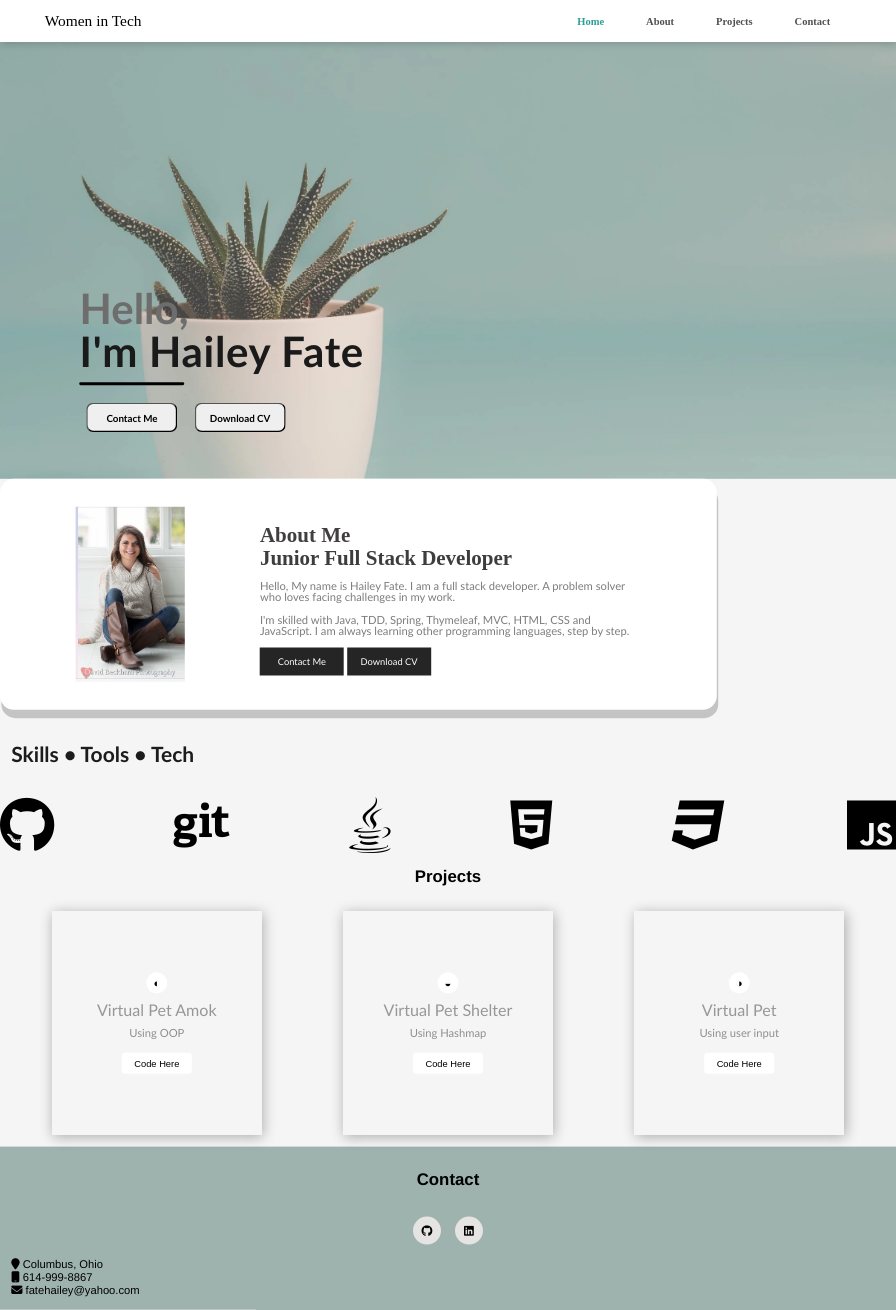
Repository: fatehailey/fatehailey.github.io
Page: index.html
An editor plug-in stored every save of this project. The page is shown before and after the next save, followed by the edit.
The browser window is 1280 px wide. The pictures show the whole page, at 70% of full size.
Some web libraries are served in a nearby version.

Above is the page before, as saved 2022-07-25 15:21:44.

After the next save:
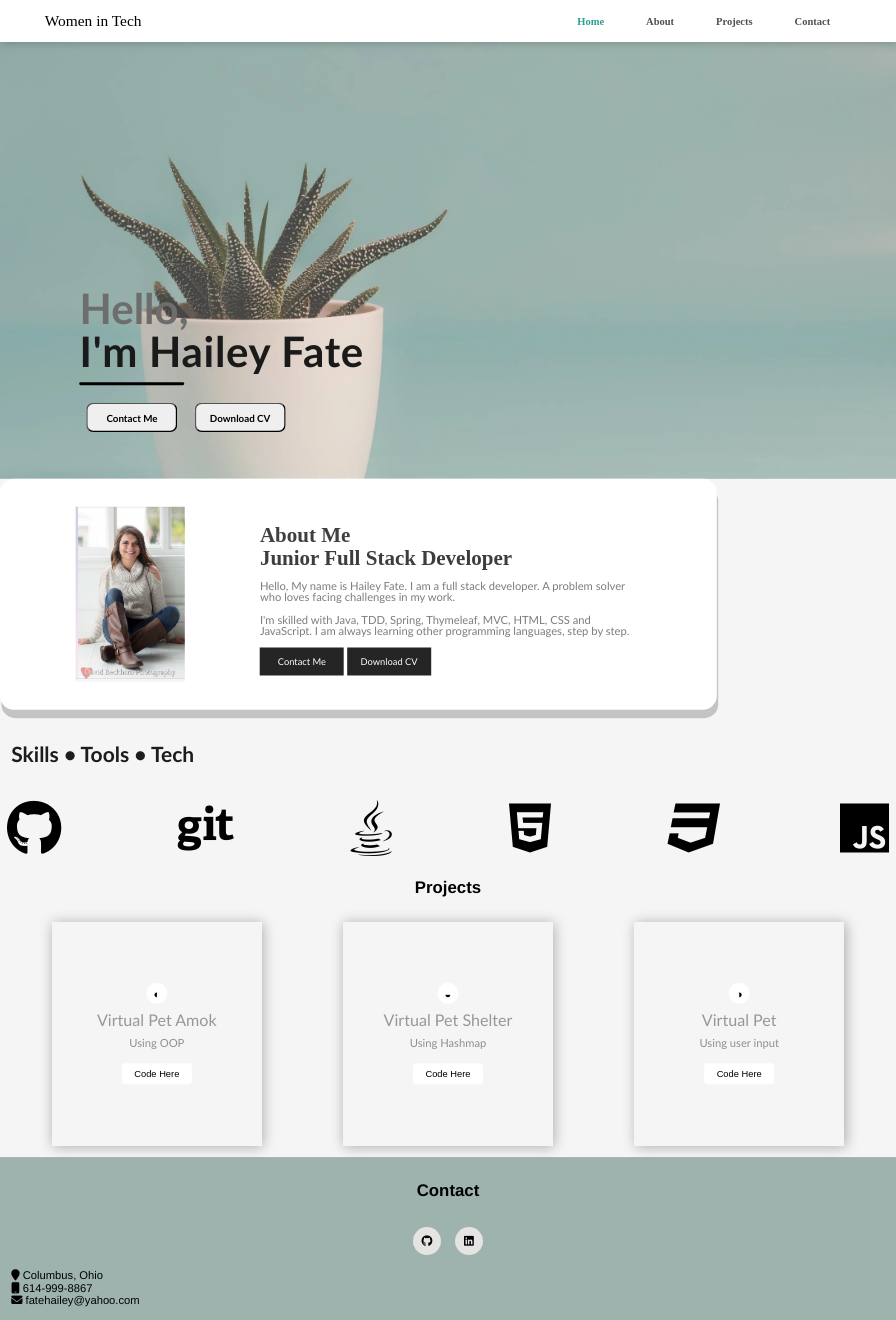
Saved 33 s later.
--- a/style.css
+++ b/style.css
@@ -174,7 +174,7 @@
 .column
 {
     flex: 50%;
-    /* padding: 5px 10px 10px; */
+    padding: 5px 10px 10px;
     justify-content: space-between;
     display: flex;
     flex-flow: row wrap;
